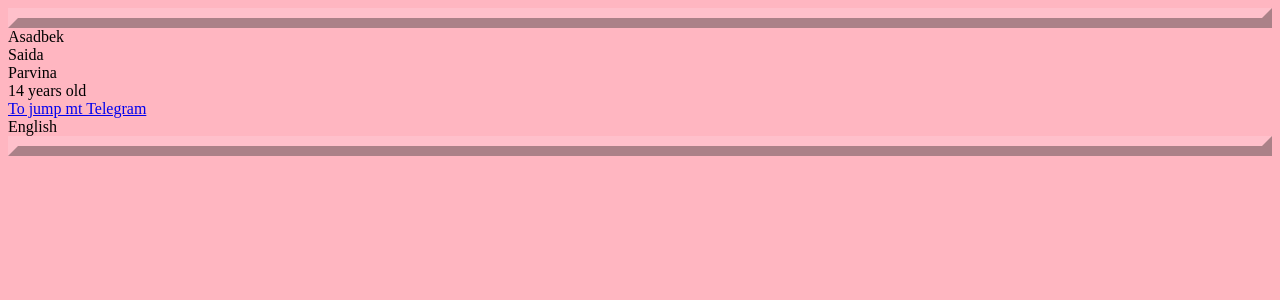
Repository: KHANas02/live-stream
Page: contact.html
These files come from the project's save history. The page is drawn as it stood at one moment and after the next save; the edit follows.
The browser window is 1280 px wide. The pictures show the whole page.

Above is the page before, as saved 2024-03-25 07:46:15.

After the next save:
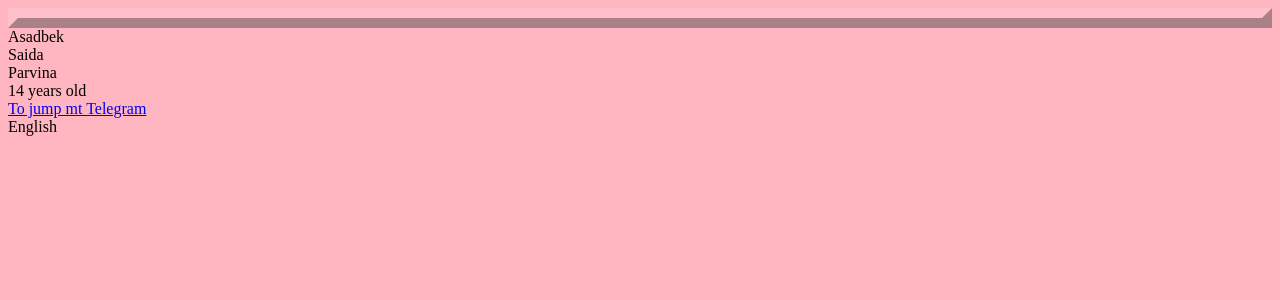
Saved 11 s later.
--- a/contact.html
+++ b/contact.html
@@ -35,14 +35,6 @@ English <br>
 </div>
 
 
-</div>
-  <div class="contact-card">
-    <div class="avatar"></div>
-    <div class="text2"></div>
-  </div>
-  <div id="magnifying-glass">
-    <div id="glass"></div>
-    <div id="handle">
-       </div>
+
 </body>
 </html>
